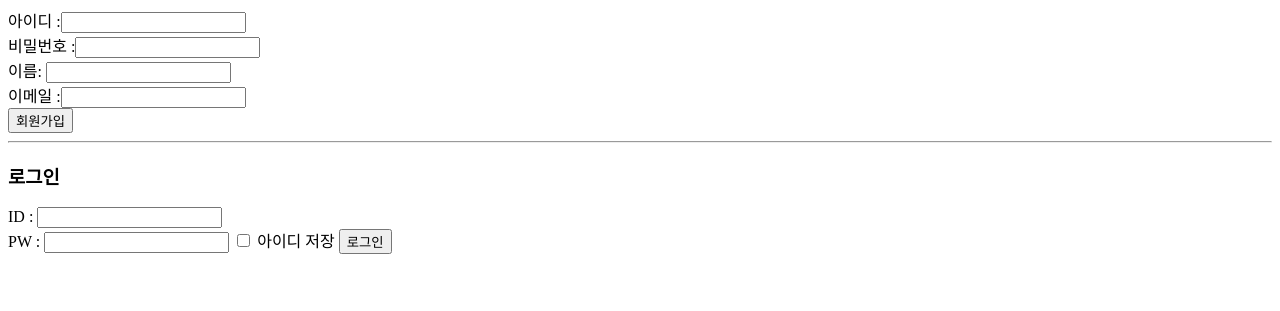
Repository: Seenee-Shin/servlet-jsp
Page: ServletProject3/src/main/webapp/index.html
An editor plug-in stored every save of this project. The page is shown before and after the next save, followed by the edit.
The browser window is 1280 px wide. The pictures show the whole page.

Above is the page before, as saved 2021-11-26 05:36:14.

After the next save:
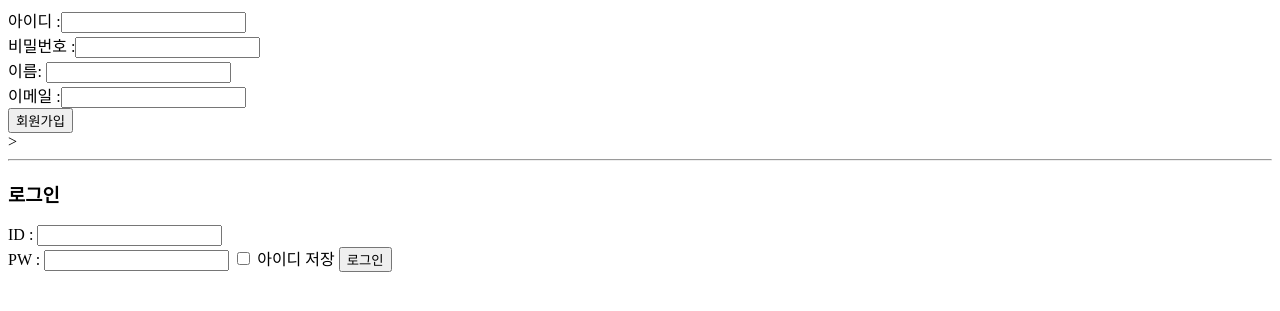
Saved 106 s later.
--- a/ServletProject3/src/main/webapp/index.html
+++ b/ServletProject3/src/main/webapp/index.html
@@ -16,7 +16,7 @@
     이메일 :<input type="email" name="memberEmail">
     <br>
     <button>회원가입</button>
-
+	</form>>
     <hr>
     <h3>로그인</h3>
     <form action="/ServletProject3/login" method="post">
